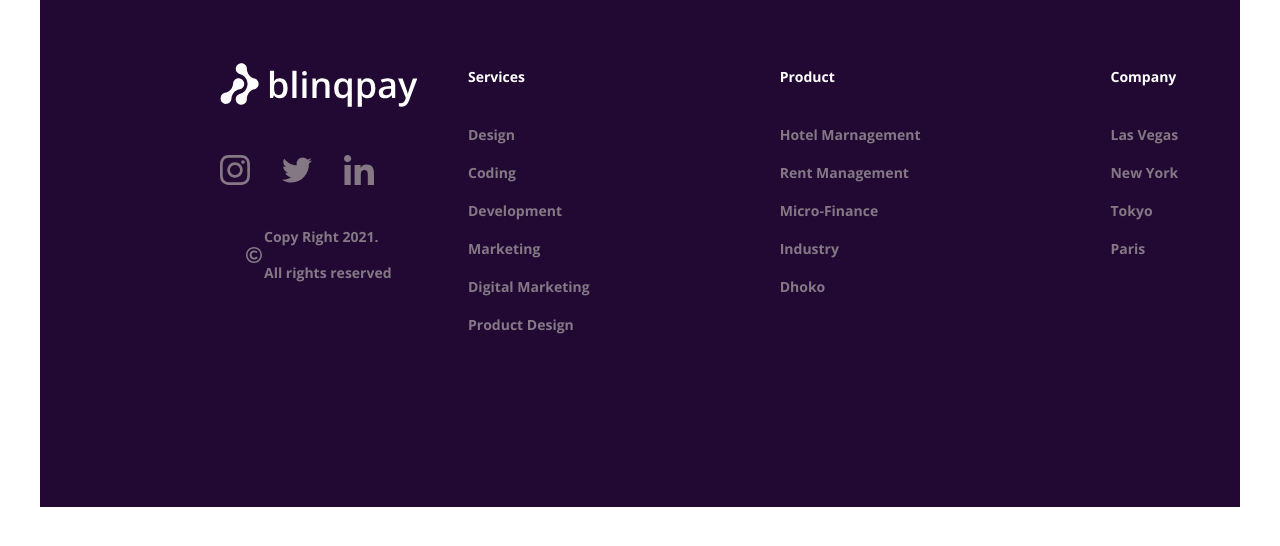
Repository: jabbarbergenoov/mobile-bling-py
Page: idnex.html
These files come from the project's save history. The page is drawn as it stood at one moment and after the next save; the edit follows.
The browser window is 1280 px wide. The pictures show the whole page.

Above is the page before, as saved 2025-04-17 19:04:33.

After the next save:
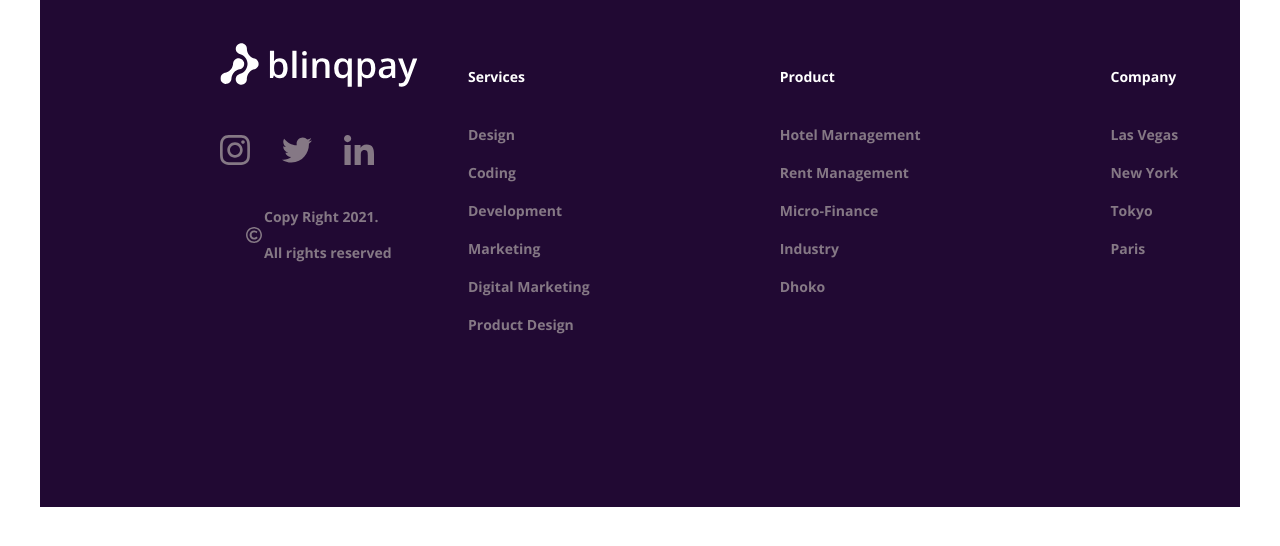
Saved 4 s later.
--- a/style/styl.css
+++ b/style/styl.css
@@ -18,7 +18,7 @@
     gap: 50px;
   }
   .iimg {
-    padding-top: 242px;
+    padding-top: 222px;
     padding-left: 180px;
   }
   .df {

After the save that followed:
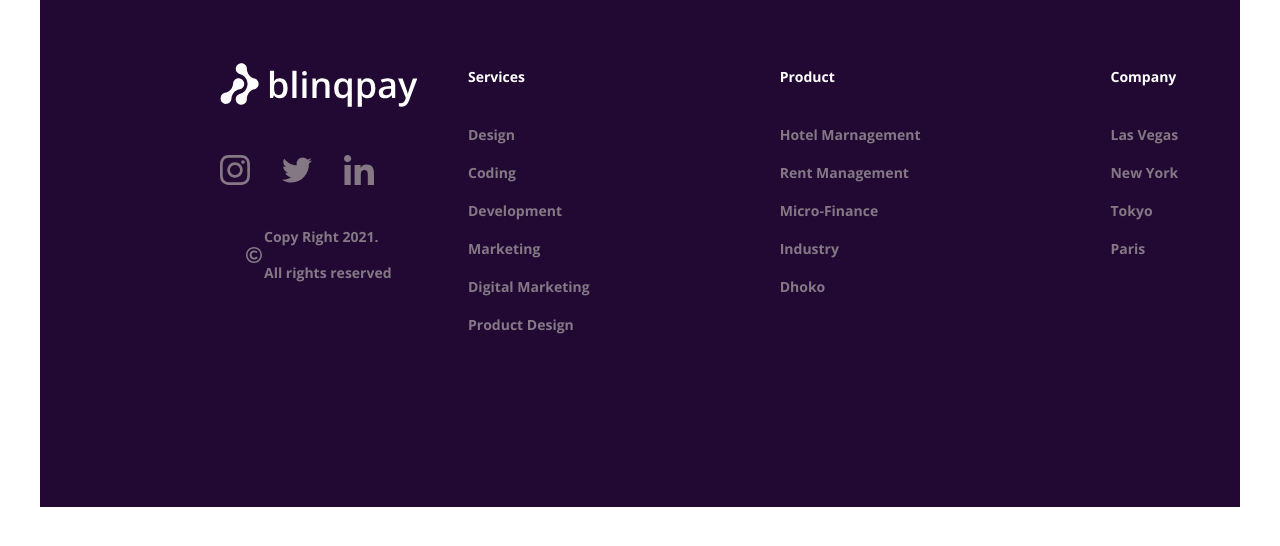
Saved 5 s later.
--- a/style/styl.css
+++ b/style/styl.css
@@ -18,7 +18,7 @@
     gap: 50px;
   }
   .iimg {
-    padding-top: 222px;
+    padding-top: 242px;
     padding-left: 180px;
   }
   .df {
